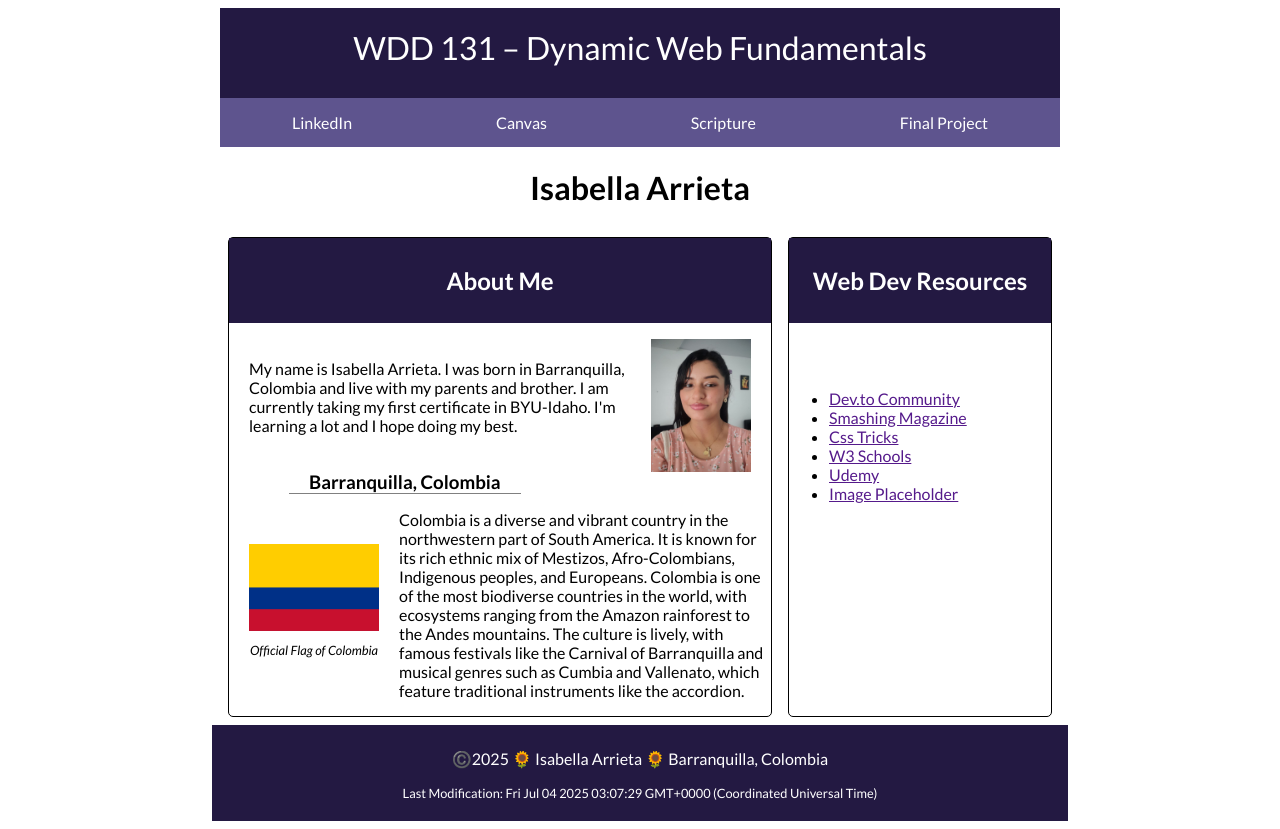
Repository: isaAJ05/wdd131
Page: index.html
An editor plug-in stored every save of this project. The page is shown before and after the next save, followed by the edit.
The browser window is 1280 px wide. The pictures show the whole page.
Some web fonts or font styles are not loaded; a fallback is used.

Above is the page before, as saved 2025-07-04 03:49:32.

After the next save:
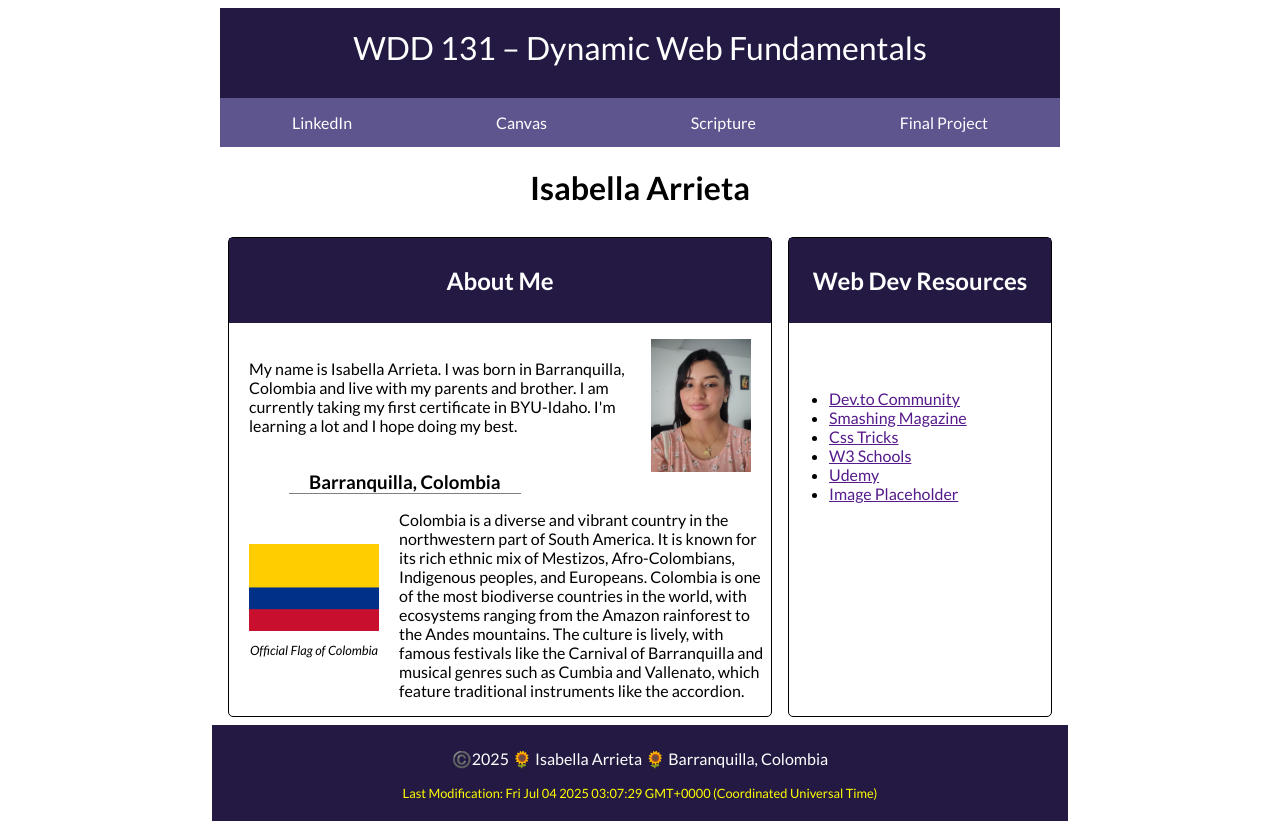
Saved 5 s later.
--- a/styles/base.css
+++ b/styles/base.css
@@ -126,5 +126,5 @@ footer{
 }
 .last-modified {
     font-size: 0.8rem;
-    color: #yellow;
+    color: yellow;
 }
